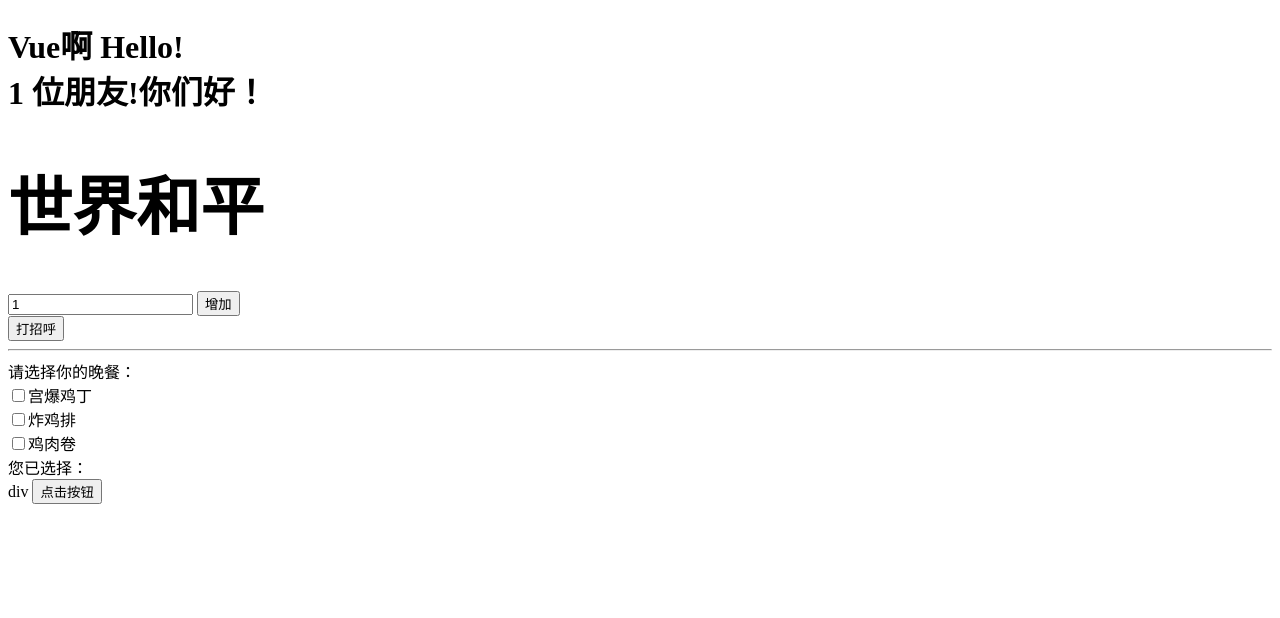
Repository: SOROoi/Web_front-end
Page: Web01_Vue/src/main/webapp/index.html
The author's editor kept a copy of each file at every save. The page is drawn from the files as they stood at one save, then again after the next save.
The browser window is 1280 px wide. The pictures show the whole page.

Above is the page before, as saved 2020-07-11 09:58:00.

After the next save:
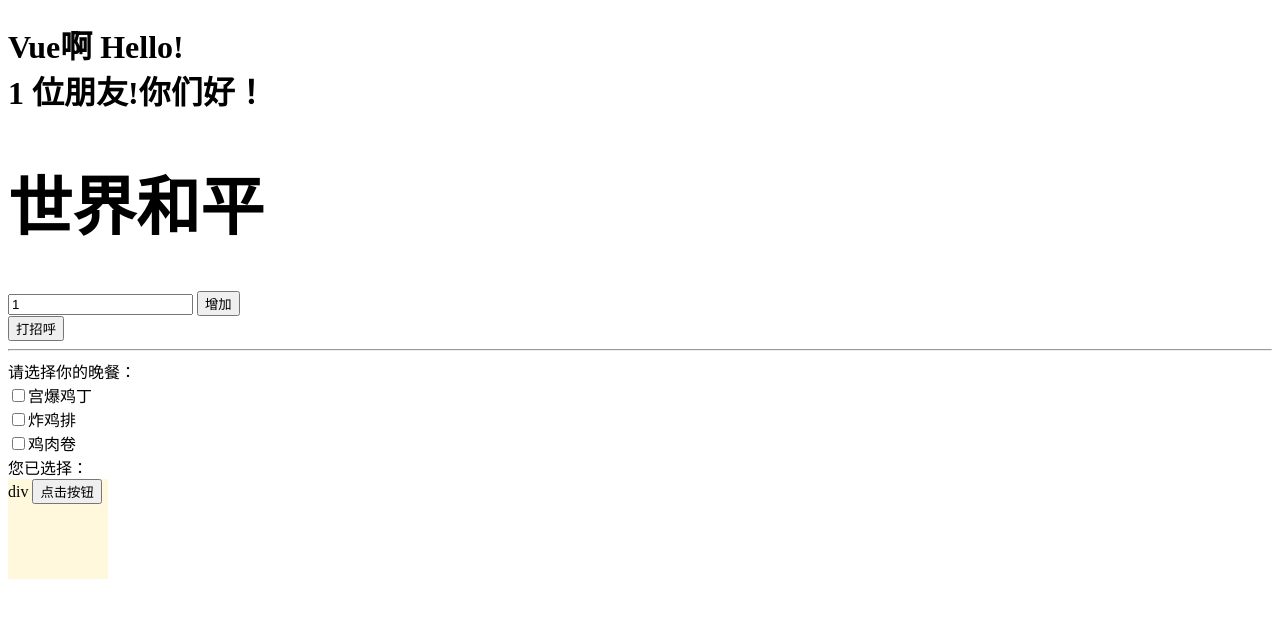
Saved 42 s later.
--- a/Web01_Vue/src/main/webapp/index.html
+++ b/Web01_Vue/src/main/webapp/index.html
@@ -29,7 +29,7 @@
 		您已选择：<span v-text="dinner.join(',')"></span>	<!-- 用,拼接数组 -->
 
 		<!-- v-on阻止事件冒泡 -->
-		<div style="width:100px;height:100px;background-color: #cornsilk" @click="click('div')">
+		<div style="width:100px;height:100px;background-color: cornsilk" @click="click('div')">
 			div
 			<button @click="click('button')">点击按钮</button>
 		</div>
